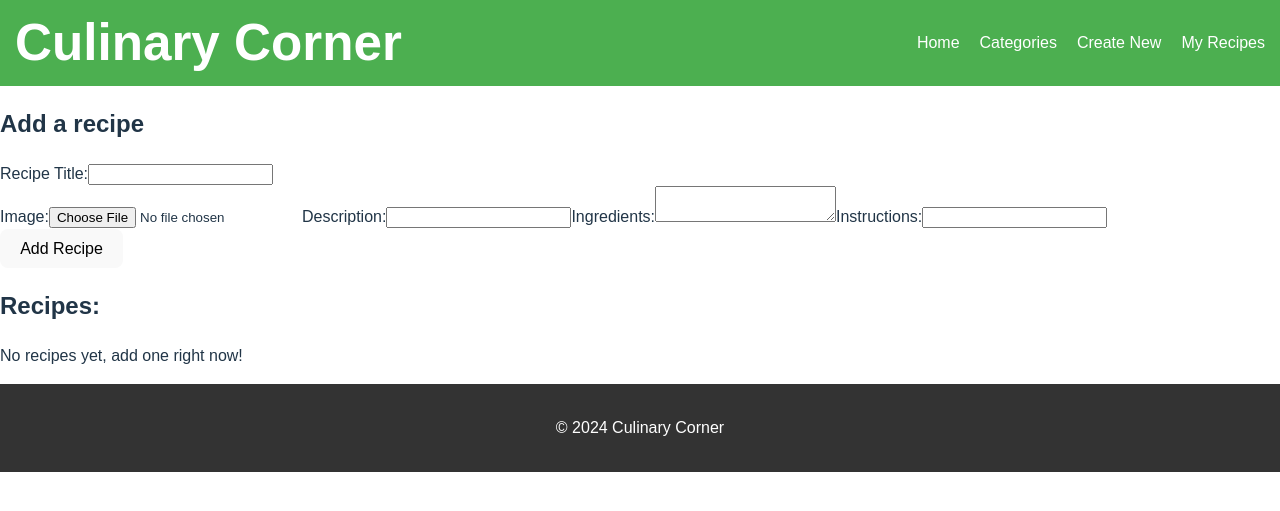
Repository: danielder10/Mon-Jumi-Daniel-FrontEnd-Project
Page: /add-new-recipe
The author's editor kept a copy of each file at every save. The page is drawn from the files as they stood at one save, then again after the next save.
The browser window is 1280 px wide. The pictures show the whole page.
The project was rebuilt for these pictures with package versions that can differ from the ones it lists, and the page was loaded fresh each time. Also part of the build but not shown: vite.config.js, src/Home.jsx, src/Categories.jsx, src/MyRecipes.jsx, src/RecipesDetails.jsx.

Above is the page before, as saved 2024-11-16 01:13:08.

### src/App.jsx
import React, { useState } from 'react';
import { BrowserRouter as Router, Routes, Route } from 'react-router-dom';
import Header from './Header';
import Home, { recipes } from './Home';
import Categories from './Categories';
import MyRecipes from './MyRecipes';
import Footer from './Footer';
import './App.css';
import RecipesDetails from './RecipesDetails';
import AddNewRecipe from './AddNewRecipe';

function App() {
  const [myRecipes, setMyRecipes] = useState([]);

  const addRecipeToMyRecipes = (recipe) => {
    setMyRecipes((prevRecipes) => [...prevRecipes, recipe]);
  };

  const removeRecipeFromMyRecipes = (index) => {
    setMyRecipes((prevRecipes) => prevRecipes.filter((_, i) => i !== index));
  };

  return (
    <Router>
      <div className="App">
        <Header />
        <Routes>
          <Route path="/" element={<Home addRecipeToMyRecipes={addRecipeToMyRecipes} />} />
          <Route path="/categories" element={<Categories />} />
          <Route
            path="/my-recipes"
            element={<MyRecipes myRecipes={myRecipes} removeRecipeFromMyRecipes={removeRecipeFromMyRecipes} />}
          />
          <Route path="/recipe/:id" element={<RecipesDetails recipes={recipes} />} />
          <Route path="/add-new-recipe" element={<AddNewRecipe />} />
        </Routes>
        <Footer />
      </div>
    </Router>
  );
}

export default App;

### src/Header.jsx
import React from 'react';
import { Link } from 'react-router-dom';

function Header() {
  return (
    <header className="header">
      <h1 className="logo">Culinary Corner</h1>
      <nav>
        <ul className="nav-list">
          <li className="nav-item"><Link to="/">Home</Link></li>
          <li className="nav-item"><Link to="/categories">Categories</Link></li>
          <li className="nav-item"><Link to="/add-new-recipe">Create New</Link></li>
          <li className="nav-item"><Link to="/my-recipes">My Recipes</Link></li>
        </ul>
      </nav>
    </header>
  );
}

export default Header;

### src/Footer.jsx
import React from 'react';

function Footer() {
  return (
    <footer>
      <p>&copy; 2024 Culinary Corner</p>
    </footer>
  );
}

export default Footer;

### src/App.css
* {
  box-sizing: border-box;
}

body {
  margin: 0;
  font-family: Arial, sans-serif;
}

.App {
  display: flex;
  flex-direction: column;
  height: 100vh;
  width: 100vw;

}

.header {
  background-color: #4CAF50;
  color: white;
  padding: 15px;
  display: flex;
  justify-content: space-between;
  align-items: center;
  min-height: 60px;
  z-index: 10;
}

.logo {
  margin: 0;
}

.nav-list {
  list-style-type: none;
  margin: 0;
  padding: 0;
  display: flex;
}

.nav-item {
  margin-left: 20px;
}

.nav-item a {
  color: white;
  text-decoration: none;
  transition: color 0.3s;
}

.nav-item a:hover {
  color: #FFC107;
}

.recipe-list {
  display: flex;
  flex-wrap: wrap;
}

.recipe-item {
  margin: 1rem;
  padding: 1rem;
  border: 1px solid #ddd;
}

footer {
  background-color: #333;
  color: white;
  text-align: center;
  padding: 1rem;
  position: relative;
  width: 100%;
  bottom: 0;
}

.btn-forward {
  background-color: purple;
}

.card-btn {
  display: flex;
  gap: 4rem;
}

### src/AddNewRecipe.jsx
import React from 'react';
import { useState } from 'react';
import AddRecipeForm from './components/AddRecipeForm';
import './App.css';

export default function AddNewRecipe() {
    const [recipes, setRecipes] = useState([]);

    const handleAddRecipe = (newRecipe) => {
        setRecipes([...recipes, newRecipe]);
    };

  return (
    <>
        <div>
            <AddRecipeForm onAddRecipe={handleAddRecipe} />
            <div>
                <h2>Recipes:</h2>
                {recipes.length === 0 ? (
                    <p>No recipes yet, add one right now!</p>
                ) : (
                    recipes.map((recipe, index) => (
                        <div key={index} className="add-recipe-container">
                            <h3>{recipe.title}</h3>
                            <img
                                src={URL.createObjectURL(recipe.img)}
                                alt={recipe.title}
                                style={{ width: "150px", height: "150px", objectFit: "cover" }}
                            />
                            <p><strong>Description:</strong> {recipe.description}</p>
                            <p><strong>Ingredients:</strong> {recipe.ingredients}</p>
                            <p><strong>Instructions:</strong> {recipe.instruction}</p>
                        </div>
                    ))
                )}
            </div>
        </div>
    </>
  );
};

### src/components/AddRecipeForm.jsx
import { useState } from "react";
import '../App.css';

export default function AddRecipeForm( {onAddRecipe} ) {
    // form input state
    const [title, setTitle] = useState();
    const [img, setImg] = useState();
    const [description, setDescription] = useState();
    const [ingredients, setIngredients] = useState();
    const [instruction, setInstruction] = useState();

    // submit handler
    const handleSubmit = (e) => {
        e.preventDefault(); // prevent page refresh

        if (!title || !ingredients || !instruction || !description) {
            alert("All fields except image are required");
            return;
        }

        // create new recipe object
        const newRecipe = {title, img, description, ingredients, instruction};

        // send new recipe
        onAddRecipe(newRecipe);

        setTitle("");
        setImg(null);
        setDescription("");
        setIngredients("");
        setInstruction("")
    };

    return (
        <>
            <form onSubmit={handleSubmit} className="add-recipe-form">
                <h2>Add a recipe</h2>
                <label>
                    Recipe Title:
                    <input
                        type="text"
                        value={title}
                        onChange={(e) => setTitle(e.target.value)}
                        required
                    />
                </label>
                <br/>
                <label>
                    Image:
                    <input
                        type="file"
                        onChange={(e) => setImg(e.target.files[0])}
                        accept="image/*"
                    />
                </label>
                <label>
                    Description:
                    <input
                        type="text"
                        value={description}
                        onChange={(e) => setDescription(e.target.value)}
                        required
                    />
                </label>
                <label>
                    Ingredients:
                    <textarea
                        value={ingredients}
                        onChange={(e) => setIngredients(e.target.value)}
                        required
                    />
                </label>
                <label>
                    Instructions:
                    <input
                        value={instruction}
                        onChange={(e) => setInstruction(e.target.value)}
                        required
                    />
                </label>
                <br/>
                <button type="submit">Add Recipe</button>
            </form>
        </>
    )
}

Loaded but not shown: index.html (common file); src/main.jsx (common file); src/index.css (common file)

After the next save:
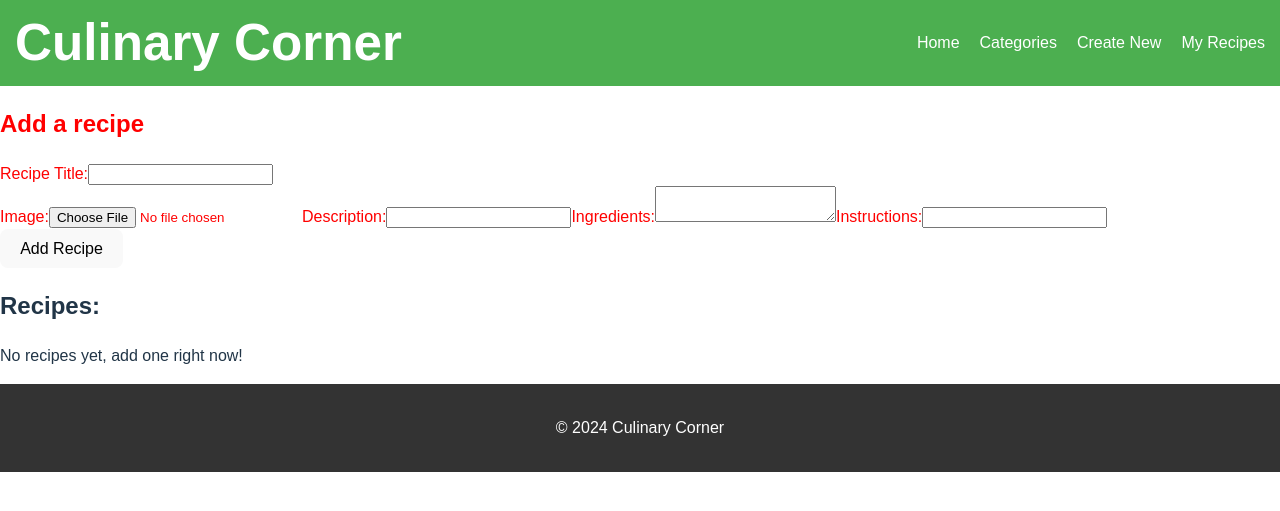
Saved 13 s later.
--- a/src/App.css
+++ b/src/App.css
@@ -80,3 +80,8 @@ footer {
   display: flex;
   gap: 4rem;
 }
+
+/****** Add new recipe ******/
+.add-recipe-form {
+  color: red;
+}
